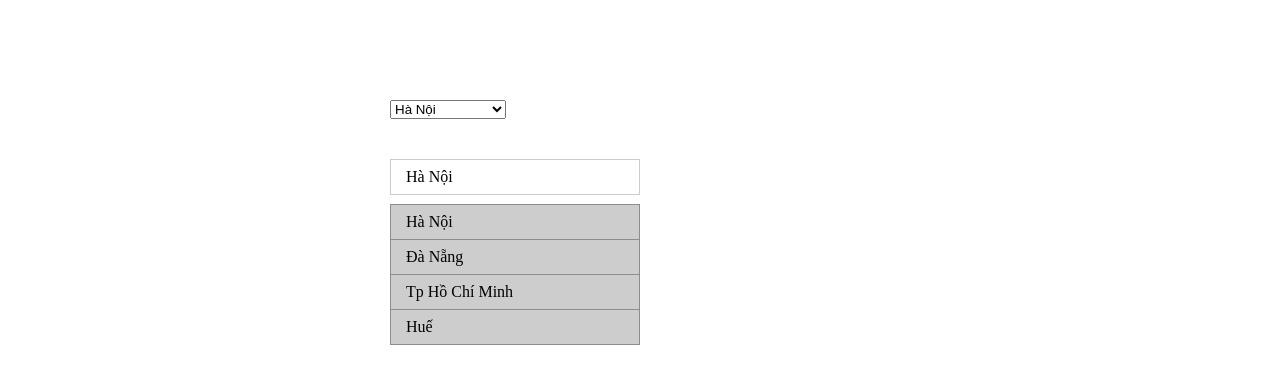
Repository: khanhbinh87/learnJs
Page: customSelect/index.html
These files come from the project's save history. The page is drawn as it stood at one moment and after the next save; the edit follows.
The browser window is 1280 px wide. The pictures show the whole page.

Above is the page before, as saved 2021-06-16 14:13:23.

After the next save:
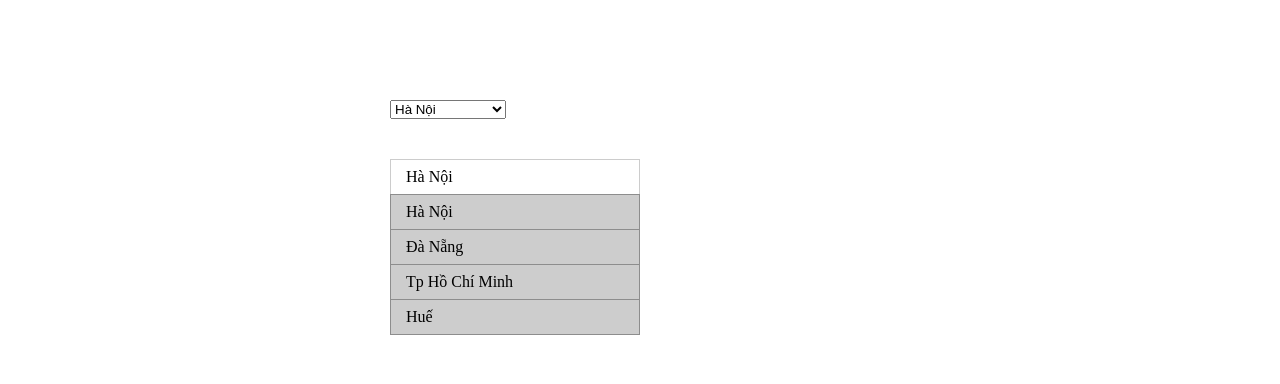
Saved 16 s later.
--- a/customSelect/style.css
+++ b/customSelect/style.css
@@ -14,9 +14,7 @@ body{
     margin-bottom: 40px;
 
 }
-.selected{
-    margin-bottom: 10px;
-}
+
 
 .wrapper-selected{
     width: 250px;
